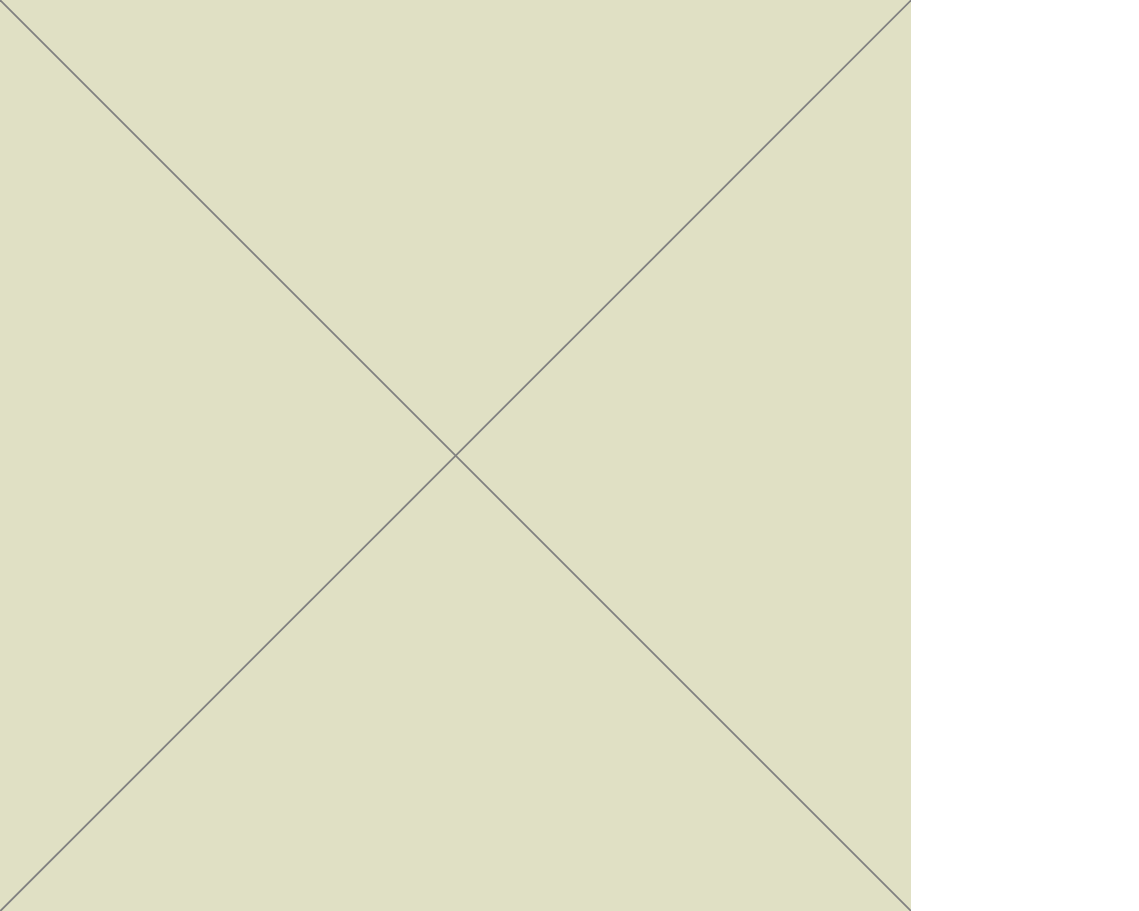
Repository: leahma1208/MDIA2003_Project1
Page: index.html
The author's editor kept a copy of each file at every save. The page is drawn from the files as they stood at one save, then again after the next save.
The browser window is 1280 px wide. The pictures show the whole page, at 89% of full size.

Above is the page before, as saved 2021-01-22 19:32:42.

After the next save:
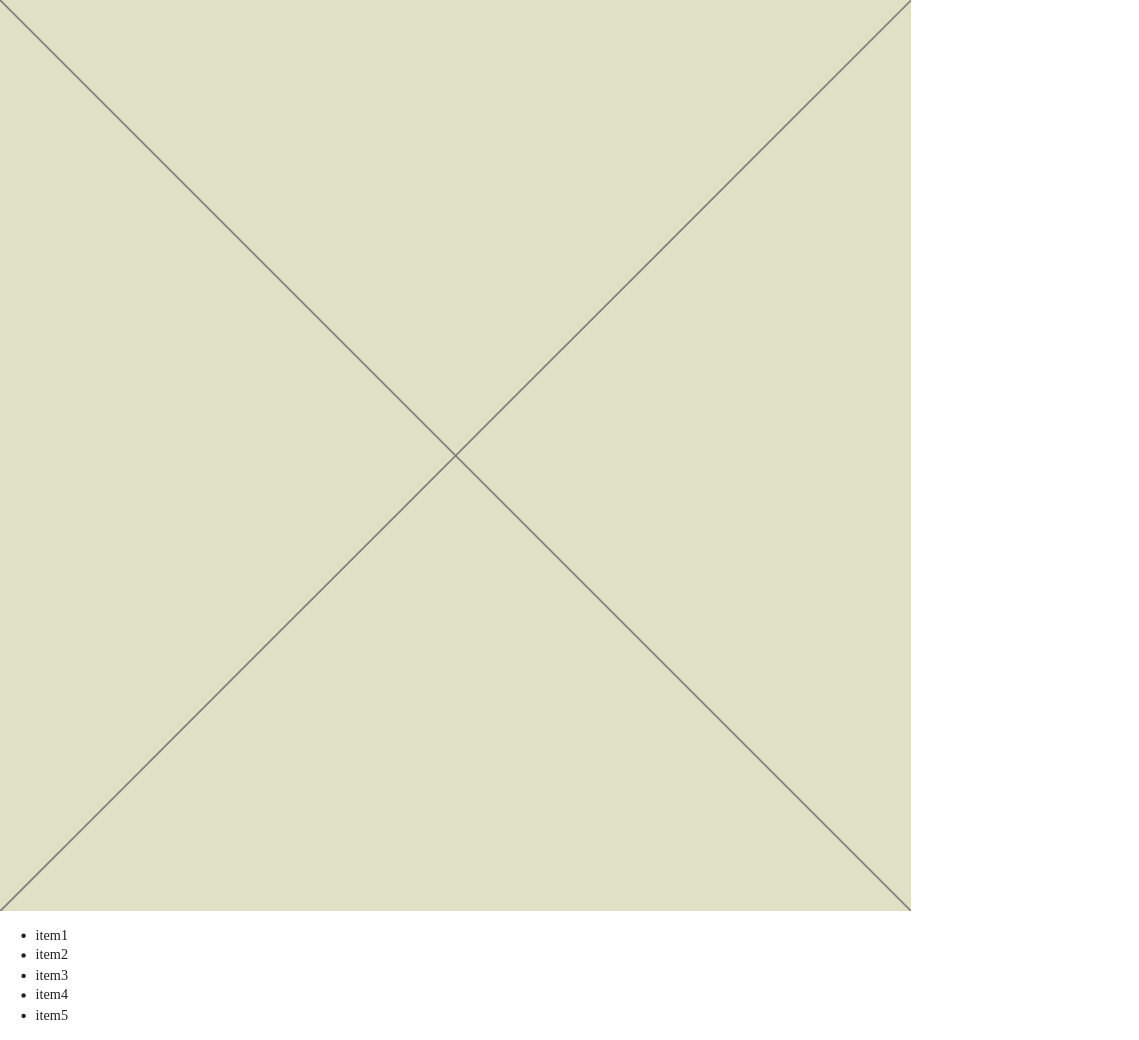
Saved 5 min 5 s later.
--- a/index.html
+++ b/index.html
@@ -22,8 +22,18 @@
   <!-- Add your site or application content here -->
   <header>
     <div class="logo">
-      <img src="img/placeholder.svg" alt="">
+      <img src="img/placeholder.svg" alt="logo">
     </div>
+
+    <nav>
+      <ul>
+        <li class="nav_items">item1</li>
+        <li class="nav_items">item2</li>
+        <li class="nav_items">item3</li>
+        <li class="nav_items">item4</li>
+        <li class="nav_items">item5</li>
+      </ul>
+    </nav>
   </header>
 
 
